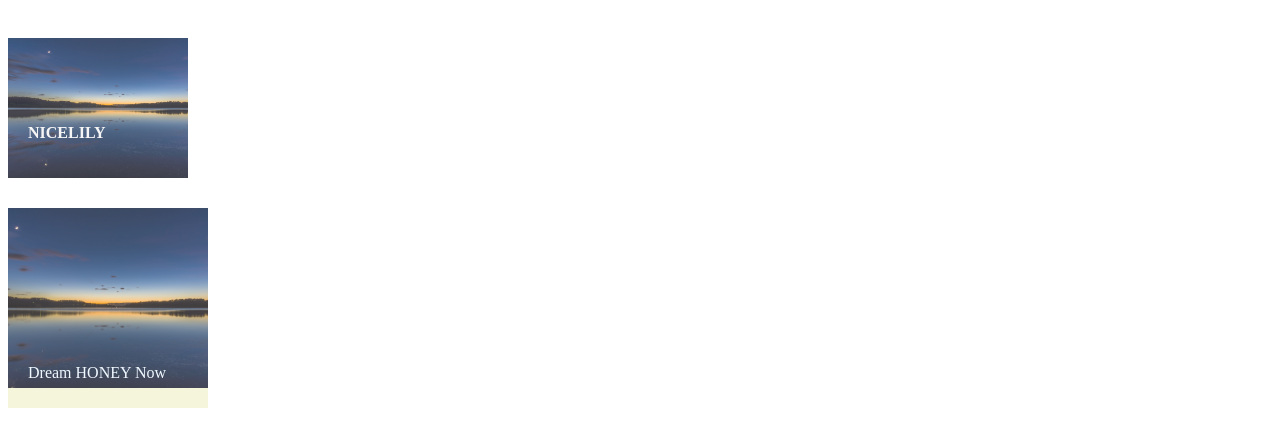
Repository: northpx/animation
Page: index.html
The author's editor kept a copy of each file at every save. The page is drawn from the files as they stood at one save, then again after the next save.
The browser window is 1280 px wide. The pictures show the whole page.
The pointer rests on the first visible `.container1`.

Above is the page before, as saved 2022-12-21 18:34:38.

### index.html
<!DOCTYPE html>
<html lang="en">

<head>
  <meta charset="UTF-8">
  <meta http-equiv="X-UA-Compatible" content="IE=edge">
  <meta name="viewport" content="width=device-width, initial-scale=1.0">
  <link rel="stylesheet" href="style.css">
  <title>Document</title>
</head>

<body>
  <div class="container">
    <img src="nature_lake_sunset_landscape_ultrahd_4k_wallpaper_3840x2160.jpg" alt="" class="image">
    <div class="content1">
      <p class="p1">NICELILY</p>
      <p class="p2">Lily to play</p>
    </div>
  </div>

  <div class="container1">
    <img src="nature_lake_sunset_landscape_ultrahd_4k_wallpaper_3840x2160.jpg" alt="" class="image2">
    <div class="content2">
      <p class="p3">Dream HONEY <span>Now</span></p>
    </div>
    <div class="bot"></div>
  </div>
</body>

</html>

<!-- <!DOCTYPE html>
<html>
<head>
<title>W3.CSS</title>
<meta name="viewport" content="width=device-width, initial-scale=1">
<link rel="stylesheet" href="style.css">
</head>
<body>
<div class="w3-container w3-green">
  <h1>W3Schools Demo</h1>
  <p>Resize this responsive page!</p>
</div>
<div class="w3-row-padding">
  <div class="w3-third">
    <h2>London</h2>
    <p>London is the capital city of England.</p>
    <p>It is the most populous city in the United Kingdom,
    with a metropolitan area of over 13 million inhabitants.</p>
  </div>

  <div class="w3-third">
    <h2>Paris</h2>
    <p>Paris is the capital of France.</p>
    <p>The Paris area is one of the largest population centers in Europe,
    with more than 12 million inhabitants.</p>
  </div>

  <div class="w3-third">
    <h2>Tokyo</h2>
    <p>Tokyo is the capital of Japan.</p>
    <p>It is the center of the Greater Tokyo Area,
    and the most populous metropolitan area in the world.</p>
  </div>
</div>

</body>
</html> -->

### style.css

.container{
    width: 180px;
    height: 200px;
    overflow: hidden;
    position: relative;
}

 .image{
    width: 250px;
    height: 200px;
    object-fit: contain;
    transform: translateX(-20px);
    transition: all .5s linear;
    opacity: 0.8;
}

.container:hover .image{
    transform: translateX(0px);
    opacity: 1;
}

.content1 .p1{
    position: absolute;
    color: whitesmoke;
    top: 100px;
    left: 20px;
    opacity: 1;
    transition: all .5s ease-in;
    font-weight: bold;
}

.container:hover .content1 .p1{
    transform: translateY(-20px);
}

.content1 .p2{
    position: absolute;
    color: azure;
    top: 120px;
    left: 20px;
    visibility: hidden;
    opacity: 0;
    transition: all .5s ease-in;
}

.container:hover .content1 .p2{
    transform: translateY(-20px);
    visibility: visible;
    opacity: 1;
}

.container1{
    width: 200px;
    height: 200px;
    background-color: antiquewhite;
    overflow: hidden;
    position: relative;
}

.image2{
    width: 200px;
    height: 200px;
    object-fit: cover;
}

.container1:hover .image2{
    opacity: 0.8;
}

.p3{
    position: absolute;
    bottom: 0;
    color: aliceblue;
    padding-bottom: 20px;
    padding-left: 20px;
    transition: all .3s linear;
}

.p3 span{
    opacity: 0;
}

.container1:hover .p3{
    transform: translateY(10px);
}

.container1:hover .p3 span{
    animation: spinner .3s linear forwards;
}

@keyframes spinner {
    0%{
        opacity: 0;
    }
    50%{
        opacity: 0.5;
    }
    100%{
        opacity: 1;
    }
}

.bot{
    position: absolute;
    overflow: hidden;
    margin-top: 20px;
    width: 200px;
    height: 0px;
    bottom: 0;
    transition: all .2s linear;
    background-color: beige;
}



.container1:hover .bot{
    margin-top: 0;
    height: 20px;
}

After the next save:
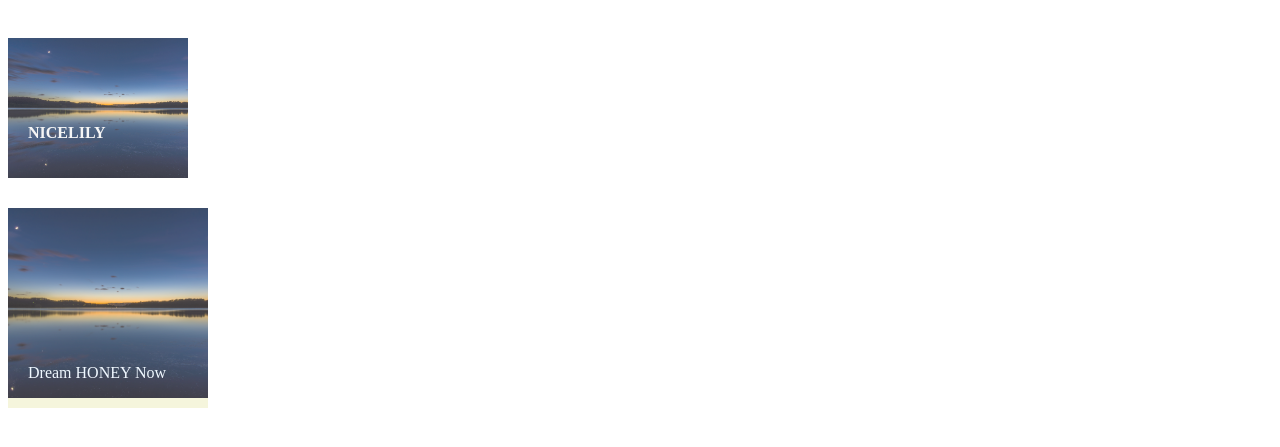
Saved 8 s later.
--- a/style.css
+++ b/style.css
@@ -116,5 +116,5 @@
 
 .container1:hover .bot{
     margin-top: 0;
-    height: 20px;
+    height: 10px;
 }
